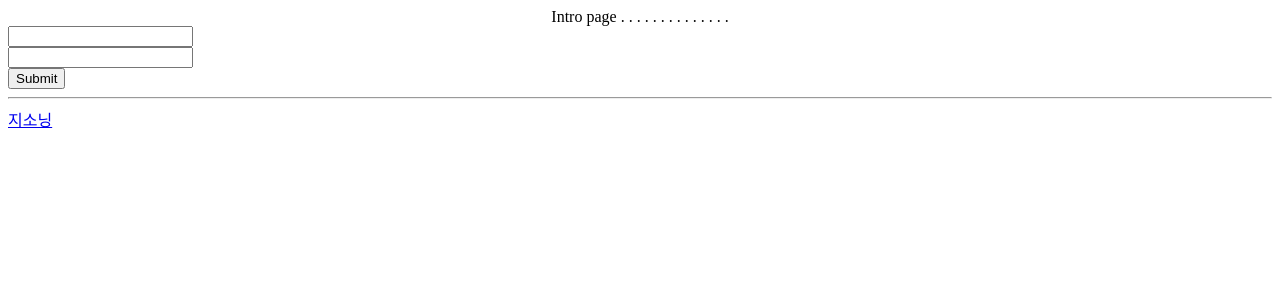
Repository: carolsim/NewWorldJavaStudy
Page: http://localhost/mvcWeb/main.jsp
These files come from the project's save history. The page is drawn as it stood at one moment and after the next save; the edit follows.
The browser window is 1280 px wide. The pictures show the whole page.
The page is served by Tomcat 9.

Above is the page before, as saved 2019-07-10 03:06:33.

After the next save:
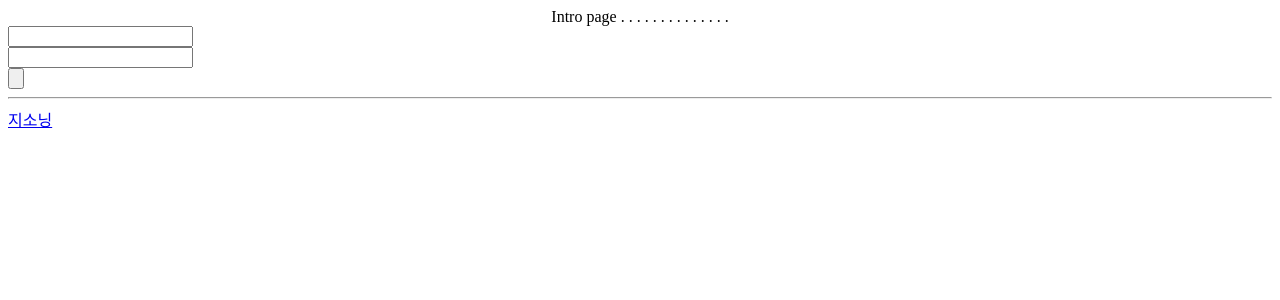
Saved 21 s later.
--- a/mvcWeb/webapp/main.jsp
+++ b/mvcWeb/webapp/main.jsp
@@ -11,7 +11,7 @@
 	<form method="post" action="./test.do">
 		<input type="text" name="" id=""><br/>
 		<input type="text" name="" id=""><br/>
-		<input type="submit" name="" id=""/><br/>
+		<input type="submit" value=""/><br/>
 	</form>
 	<hr/>
 	<a href="./test.do?id=jssim&pwd=jssim">지소닝</a>
